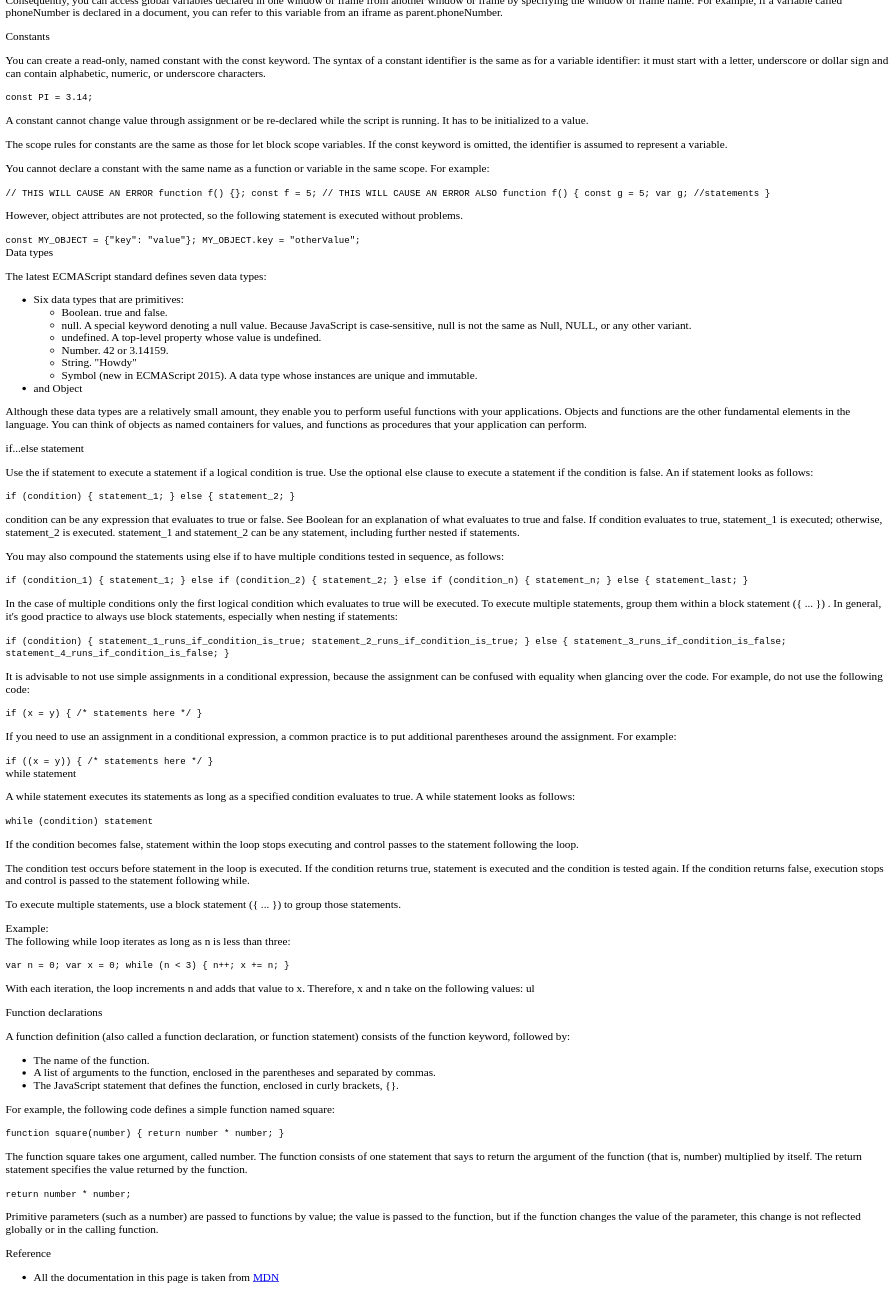
Repository: Lungdjos/technical_document_page_certificate
Page: index.html
These files come from the project's save history. The page is drawn as it stood at one moment and after a run of saves; the edit follows.
The browser window is 1280 px wide. The pictures show the part of the page from y = 1838 to 3758 px (the page is 3688 px tall before and 3758 px after), at 70% of full size.

Above is the page before, as saved 2023-11-20 23:02:39.

### index.html
<!DOCTYPE html>
<html lang="en">

<head>
    <meta charset="UTF-8">
    <meta name="viewport" content="width=device-width, initial-scale=1.0">
    <title>Technical Document</title>
    <link rel="stylesheet" href="./styles.css">
</head>

<body>
    <nav id="nav-bar">
        <header></header>
        <ul>
            <li>
                <a href="#Introduction" class="navlink">Introduction</a>
            </li>
            <li>
                <a href="#What_you_should_already_know" class="navlink">What you should already know</a>
            </li>
            <li>
                <a href="#JavaScript_and_Java" class="navlink">JavaScript and Java</a>
            </li>
            <li>
                <a href="#Hello_world" class="navlink">Hello world</a>
            </li>
            <li>
                <a href="#Variables" class="navlink">Variables</a>
            </li>
            <li>
                <a href="#Declaring_variables" class="navlink">Declaring variables</a>
            </li>
            <li>
                <a href="#Variable_scope" class="navlink">Variable scope</a>
            </li>
            <li>
                <a href="#Global_variables" class="navlink">Global variables</a>
            </li>
            <li>
                <a href="#Constants" class="navlink">Constants</a>
            </li>
            <li>
                <a href="#Data_types" class="navlink">Data types</a>
            </li>
            <li>
                <a href="#if...else_statement" class="navlink">if...else statement</a>
            </li>
            <li>
                <a href="#while_statement" class="navlink">while statement</a>
            </li>
            <li>
                <a href="#Function_declarations" class="navlink">Function declarations</a>
            </li>
            <li>
                <a href="#Reference" class="navlink">Reference</a>
            </li>
        </ul>
    </nav>
    <main id="main-doc">
        <section class="main-section" id="Introduction">
            <header id="">Introduction</header>
            <p>JavaScript is a cross-platform, object-oriented scripting language. It is a small and lightweight language. Inside a host environment (for example, a web browser), JavaScript can be connected to the objects of its environment to provide programmatic
                control over them.</p>
            <p>JavaScript contains a standard library of objects, such as Array, Date, and Math, and a core set of language elements such as operators, control structures, and statements. Core JavaScript can be extended for a variety of purposes by supplementing
                it with additional objects; for example:
                <ul>
                    <li>Client-side JavaScript extends the core language by supplying objects to control a browser and its Document Object Model (DOM). For example, client-side extensions allow an application to place elements on an HTML form and respond
                        to user events such as mouse clicks, form input, and page navigation.</li>
                    <li>Server-side JavaScript extends the core language by supplying objects relevant to running JavaScript on a server. For example, server-side extensions allow an application to communicate with a database, provide continuity of information
                        from one invocation to another of the application, or perform file manipulations on a server.</li>
                </ul>
            </p>

        </section>
        <section class="main-section" id="What_you_should_already_know">
            <header id="">What you should already know</header>
            <p>This guide assumes you have the following basic background:
                <ul>
                    <li>A general understanding of the Internet and the World Wide Web (WWW).</li>
                    <li>Good working knowledge of HyperText Markup Language (HTML).</li>
                    <li>Some programming experience. If you are new to programming, try one of the tutorials linked on the main page about JavaScript.</li>
                </ul>
            </p>

        </section>
        <section class="main-section" id="JavaScript_and_Java">
            <header id="">JavaScript and Java</header>
            <p>JavaScript and Java are similar in some ways but fundamentally different in some others. The JavaScript language resembles Java but does not have Java's static typing and strong type checking. JavaScript follows most Java expression syntax,
                naming conventions and basic control-flow constructs which was the reason why it was renamed from LiveScript to JavaScript.</p>
            <p>In contrast to Java's compile-time system of classes built by declarations, JavaScript supports a runtime system based on a small number of data types representing numeric, Boolean, and string values. JavaScript has a prototype-based object
                model instead of the more common class-based object model. The prototype-based model provides dynamic inheritance; that is, what is inherited can vary for individual objects. JavaScript also supports functions without any special declarative
                requirements. Functions can be properties of objects, executing as loosely typed methods.</p>
            <p>JavaScript is a very free-form language compared to Java. You do not have to declare all variables, classes, and methods. You do not have to be concerned with whether methods are public, private, or protected, and you do not have to implement
                interfaces. Variables, parameters, and function return types are not explicitly typed.</p>
        </section>
        <section class="main-section" id="Hello_world">
            <header id="">Hello world</header>
            <p>
                To get started with writing JavaScript, open the Scratchpad and write your first "Hello world" JavaScript code:</p>
            <code>function greetMe(yourName) { alert("Hello " + yourName); }
                greetMe("World");</code>
            <p>Select the code in the pad and hit Ctrl+R to watch it unfold in your browser!</p>
        </section>
        <section class="main-section" id="Variables">
            <header id="">Variables</header>
            <p>You use variables as symbolic names for values in your application. The names of variables, called identifiers, conform to certain rules.</p>
            <p>A JavaScript identifier must start with a letter, underscore (_), or dollar sign ($); subsequent characters can also be digits (0-9). Because JavaScript is case sensitive, letters include the characters "A" through "Z" (uppercase) and the
                characters "a" through "z" (lowercase).</p>
            <p>You can use ISO 8859-1 or Unicode letters such as å and ü in identifiers. You can also use the Unicode escape sequences as characters in identifiers. Some examples of legal names are Number_hits, temp99, and _name.</p>
        </section>
        <section class="main-section" id="Declaring_variables">
            <header id="">Declaring variables</header>
            <p>You can declare a variable in three ways:</p>
            <p>With the keyword var. For example,</p>
            <code>var x = 42.</code>
            <p>This syntax can be used to declare both local and global variables.</p>
            <p>By simply assigning it a value. For example,</p>
            <code>x = 42.</code><br>
            <p>This always declares a global variable. It generates a strict JavaScript warning. You shouldn't use this variant.</p>
            <p>With the keyword let. For example,</p>
            <code>let y = 13.</code>
            <p>This syntax can be used to declare a block scope local variable. See Variable scope below.</p>
        </section>
        <section class="main-section" id="Variable_scope">
            <header id="">Variable scope</header>
            <p>When you declare a variable outside of any function, it is called a global variable, because it is available to any other code in the current document. When you declare a variable within a function, it is called a local variable, because it
                is available only within that function.</p>
            <p>JavaScript before ECMAScript 2015 does not have block statement scope; rather, a variable declared within a block is local to the function (or global scope) that the block resides within. For example the following code will log 5, because
                the scope of x is the function (or global context) within which x is declared, not the block, which in this case is an if statement.</p>
            <code>if (true) { var x = 5; } console.log(x); // 5</code>
            <p>This behavior changes, when using the let declaration introduced in ECMAScript 2015.</p>
            <code>if (true) { let y = 5; } console.log(y); // ReferenceError: y is
                not defined</code>
        </section>
        <section class="main-section" id="Global_variables">
            <header id="">Global variables</header>
            <p>Global variables are in fact properties of the global object. In web pages the global object is window, so you can set and access global variables using the window.variable syntax.</p>
            <p>Consequently, you can access global variables declared in one window or frame from another window or frame by specifying the window or frame name. For example, if a variable called phoneNumber is declared in a document, you can refer to this
                variable from an iframe as parent.phoneNumber.</p>
        </section>
        <section class="main-section" id="Constants">
            <header id="">Constants</header>
            <p>You can create a read-only, named constant with the const keyword. The syntax of a constant identifier is the same as for a variable identifier: it must start with a letter, underscore or dollar sign and can contain alphabetic, numeric, or
                underscore characters.</p>
            <code>const PI = 3.14;</code>
            <p>A constant cannot change value through assignment or be re-declared while the script is running. It has to be initialized to a value.</p>
            <p>The scope rules for constants are the same as those for let block scope variables. If the const keyword is omitted, the identifier is assumed to represent a variable.</p>
            <p>You cannot declare a constant with the same name as a function or variable in the same scope. For example:</p>
            <code>// THIS WILL CAUSE AN ERROR function f() {}; const f = 5; // THIS
                WILL CAUSE AN ERROR ALSO function f() { const g = 5; var g;
                //statements }</code>
            <p>However, object attributes are not protected, so the following statement is executed without problems.</p>
            <code>const MY_OBJECT = {"key": "value"}; MY_OBJECT.key =
                "otherValue";</code>
        </section>
        <section class="main-section" id="Data_types">
            <header id="">Data types</header>
            <p>The latest ECMAScript standard defines seven data types:
                <ul>
                    <li>Six data types that are primitives:
                        <ul>
                            <li>Boolean. true and false.</li>
                            <li>null. A special keyword denoting a null value. Because JavaScript is case-sensitive, null is not the same as Null, NULL, or any other variant.</li>
                            <li>undefined. A top-level property whose value is undefined.</li>
                            <li>Number. 42 or 3.14159.</li>
                            <li>String. "Howdy"</li>
                            <li>Symbol (new in ECMAScript 2015). A data type whose instances are unique and immutable.</li>
                        </ul>
                    </li>
                    <li>and Object</li>
                </ul>
            </p>
            <p>Although these data types are a relatively small amount, they enable you to perform useful functions with your applications. Objects and functions are the other fundamental elements in the language. You can think of objects as named containers
                for values, and functions as procedures that your application can perform.</p>
        </section>
        <section class="main-section" id="if...else_statement">
            <header id="">if...else statement</header>
            <p>Use the if statement to execute a statement if a logical condition is true. Use the optional else clause to execute a statement if the condition is false. An if statement looks as follows:</p>
            <code>if (condition) { statement_1; } else { statement_2; }</code>
            <p>condition can be any expression that evaluates to true or false. See Boolean for an explanation of what evaluates to true and false. If condition evaluates to true, statement_1 is executed; otherwise, statement_2 is executed. statement_1 and
                statement_2 can be any statement, including further nested if statements.</p>
            <p>You may also compound the statements using else if to have multiple conditions tested in sequence, as follows:</p>
            <code>if (condition_1) { statement_1; } else if (condition_2) {
                statement_2; } else if (condition_n) { statement_n; } else {
                statement_last; }</code>
            <p>In the case of multiple conditions only the first logical condition which evaluates to true will be executed. To execute multiple statements, group them within a block statement ({ ... }) . In general, it's good practice to always use block
                statements, especially when nesting if statements:</p>
            <code>if (condition) { statement_1_runs_if_condition_is_true;
                statement_2_runs_if_condition_is_true; } else {
                statement_3_runs_if_condition_is_false;
                statement_4_runs_if_condition_is_false; }</code>
            <p>It is advisable to not use simple assignments in a conditional expression, because the assignment can be confused with equality when glancing over the code. For example, do not use the following code:</p>
            <code>if (x = y) { /* statements here */ }</code>
            <p>If you need to use an assignment in a conditional expression, a common practice is to put additional parentheses around the assignment. For example:</p>
            <code>if ((x = y)) { /* statements here */ }</code>
        </section>
        <section class="main-section" id="while_statement">
            <header id="">while statement</header>
            <p>A while statement executes its statements as long as a specified condition evaluates to true. A while statement looks as follows:</p>
            <code>while (condition) statement</code>
            <p>If the condition becomes false, statement within the loop stops executing and control passes to the statement following the loop.</p>
            <p>The condition test occurs before statement in the loop is executed. If the condition returns true, statement is executed and the condition is tested again. If the condition returns false, execution stops and control is passed to the statement
                following while.</p>
            <p>To execute multiple statements, use a block statement ({ ... }) to group those statements.</p>
            <p>Example: <br> The following while loop iterates as long as n is less than three:</p>
            <code>var n = 0; var x = 0; while (n < 3) { n++; x += n; }</code>
            <p>With each iteration, the loop increments n and adds that value to x. Therefore, x and n take on the following values: ul
            </p>
            <p></p>
        </section>
        <section class="main-section" id="Function_declarations">
            <header id="">Function declarations</header>
            <p>A function definition (also called a function declaration, or function statement) consists of the function keyword, followed by:
                <ul>
                    <li>The name of the function.</li>
                    <li>A list of arguments to the function, enclosed in the parentheses and separated by commas.</li>
                    <li>The JavaScript statement that defines the function, enclosed in curly brackets, {}.</li>
                </ul>
            </p>
            <p>For example, the following code defines a simple function named square:</p>
            <code>function square(number) { return number * number; }</code>
            <p>The function square takes one argument, called number. The function consists of one statement that says to return the argument of the function (that is, number) multiplied by itself. The return statement specifies the value returned by the
                function.
            </p>
            <code>return number * number;</code>
            <p>Primitive parameters (such as a number) are passed to functions by value; the value is passed to the function, but if the function changes the value of the parameter, this change is not reflected globally or in the calling function.</p>
        </section>
        <section class="main-section" id="Reference">
            <header id="">Reference</header>
            <ul>
                <li>All the documentation in this page is taken from
                    <a href="https://developer.mozilla.org/en-US/docs/Web/JavaScript/Guide" target="_blank">MDN</a>
                </li>
            </ul>
        </section>
    </main>
</body>

</html>

### styles.css
/* A technical document page stylings */

After the next 3 saves:
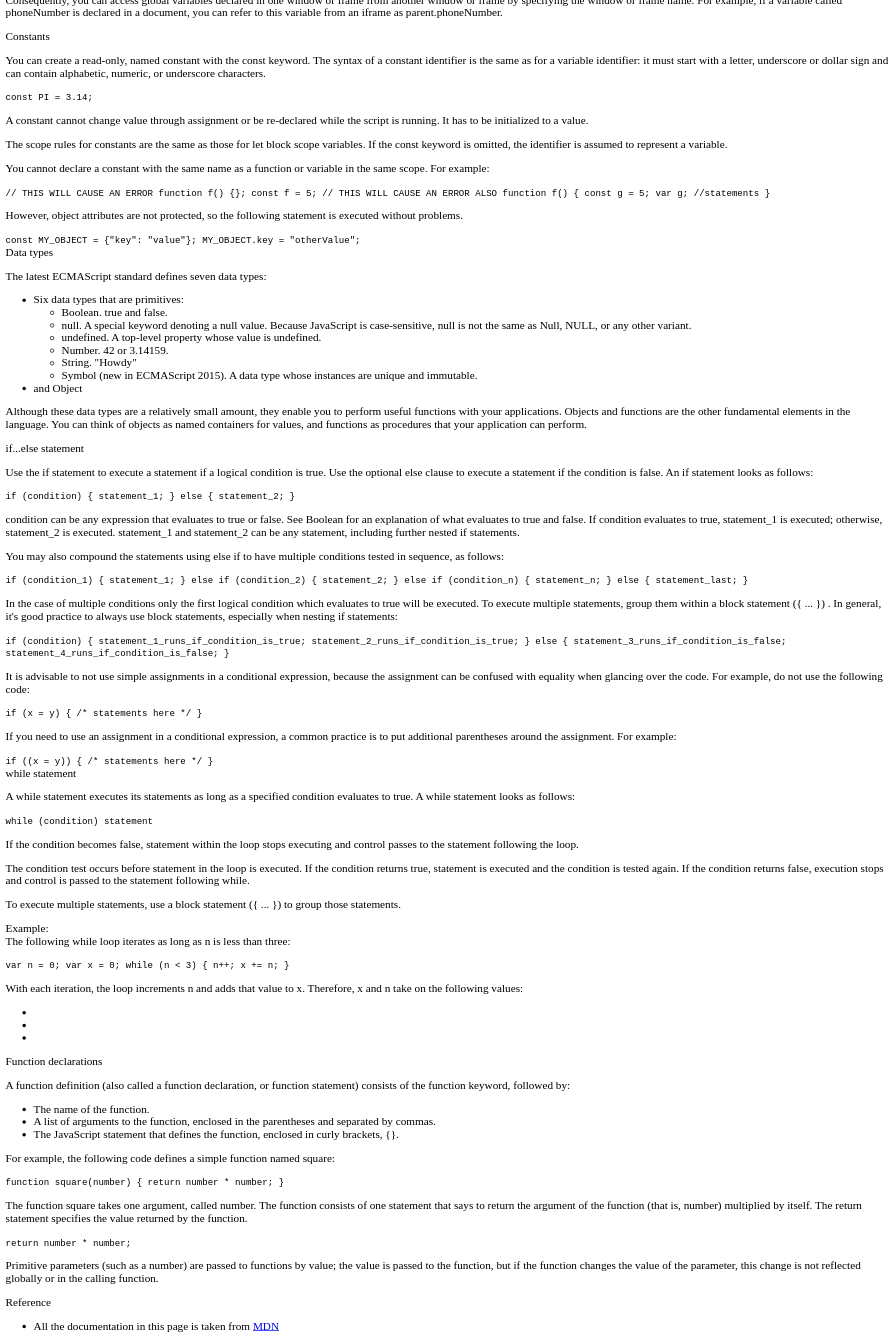
The 3 saves are shown as one change because they came seconds apart.
The last was saved 10 s later.
--- a/index.html
+++ b/index.html
@@ -204,7 +204,12 @@
             <p>To execute multiple statements, use a block statement ({ ... }) to group those statements.</p>
             <p>Example: <br> The following while loop iterates as long as n is less than three:</p>
             <code>var n = 0; var x = 0; while (n < 3) { n++; x += n; }</code>
-            <p>With each iteration, the loop increments n and adds that value to x. Therefore, x and n take on the following values: ul
+            <p>With each iteration, the loop increments n and adds that value to x. Therefore, x and n take on the following values:
+                <ul>
+                    <li></li>
+                    <li></li>
+                    <li></li>
+                </ul>
             </p>
             <p></p>
         </section>
